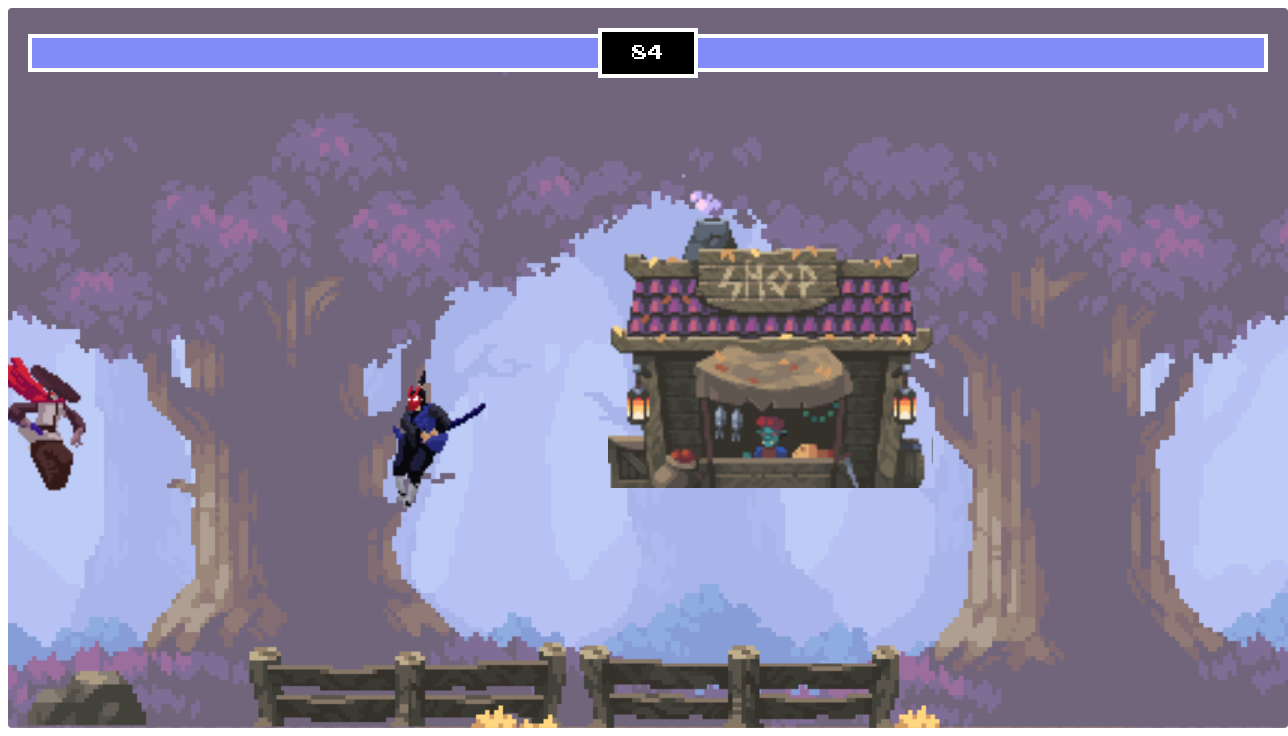
Repository: LuizAGDomingues/js-fighting-game
Page: index.html
An editor plug-in stored every save of this project. The page is shown before and after the next save, followed by the edit.
The browser window is 1280 px wide. The page is 1288 px wide, then 1280 px, so the pictures cover 1288 px, including what lies to the right of the window. The pictures show the whole page.

Above is the page before, as saved 2022-12-23 21:48:58.

After the next save:
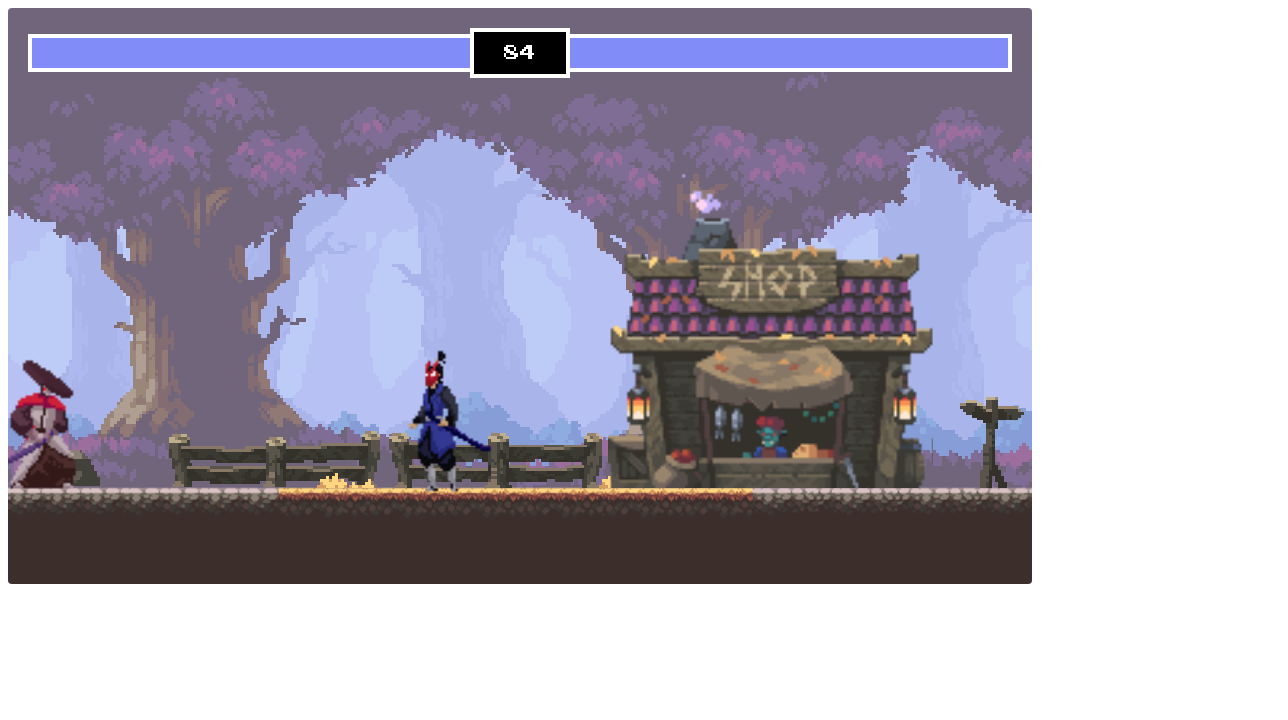
Saved 56 s later.
--- a/src/main.js
+++ b/src/main.js
@@ -1,8 +1,8 @@
 const canvas = document.querySelector('canvas');
 const c = canvas.getContext('2d');
 
-canvas.width = window.innerWidth
-canvas.height = window.innerHeight
+canvas.width = 1024
+canvas.height = 576
 
 c.fillRect(0, 0, canvas.width, canvas.height)
 
@@ -15,11 +15,7 @@ const background = new Sprite({
     x: 0,
     y: 0
   },
-  imageSrc: '../images/background.png',
-  scale: {
-    x: 1.5,
-    y: 1.5
-  }
+  imageSrc: '../images/background.png'
 })
 
 const shop = new Sprite({
